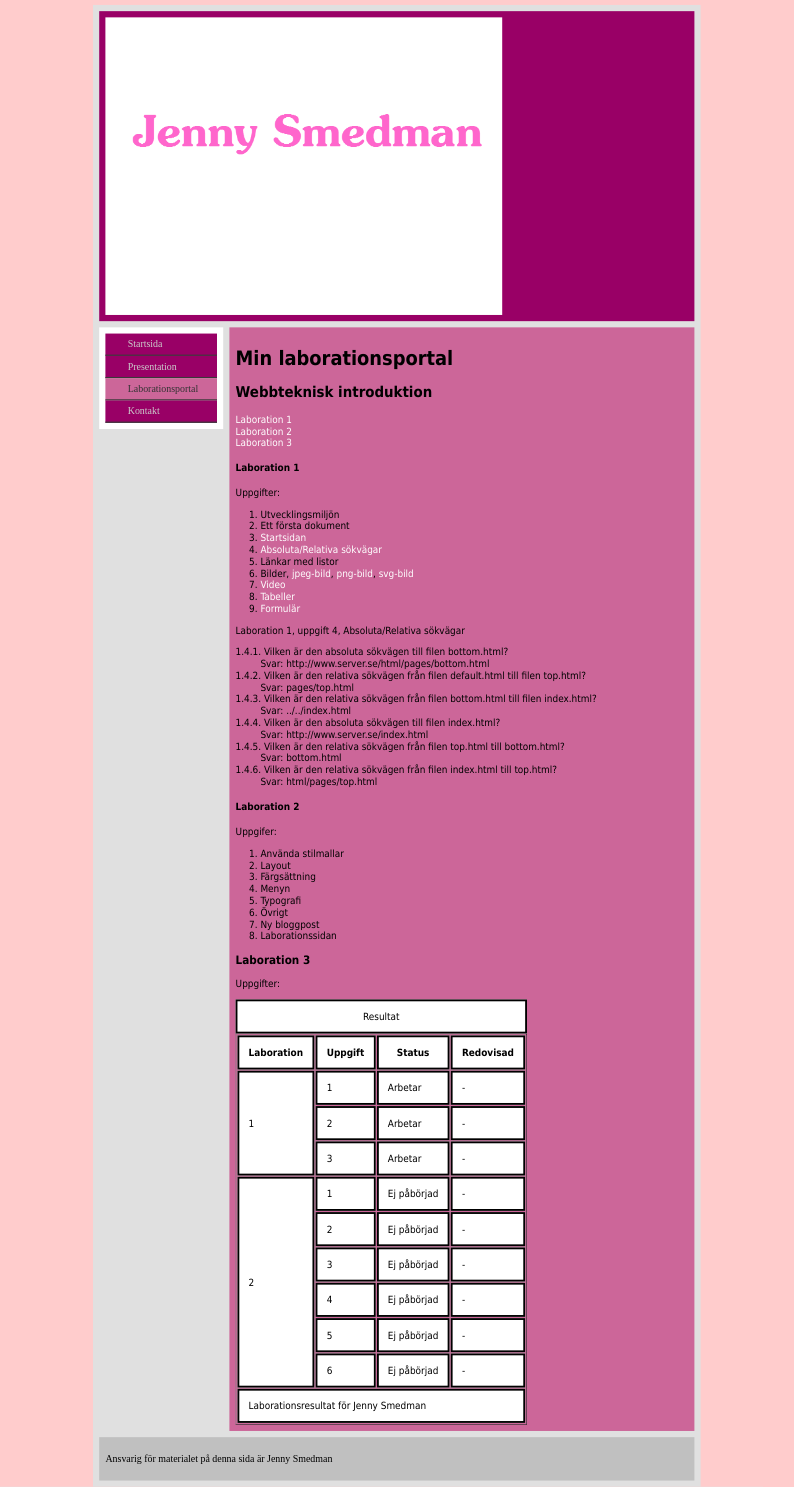
Repository: js223mx/1ik415-js223mx-laborationer
Page: pages/laborationer.html
The author's editor kept a record of every edit. The page is drawn from the files as they stood at one moment, then again after the next edit.
The browser window is 1280 px wide. The pictures show the whole page, at 62% of full size.

Above is the page before.

### pages/laborationer.html
<!doctype html>
<html lang ="sv">

    <head>

            <meta charset="utf-8" />
            <title>Min laborationsportal</title>
            <link rel="stylesheet" type="text/css" href="../css/style.css">
    </head>
    <body>
         <div id="container">
         <div id="header">
          <img id="logga" src="../pics/logga.png" alt="Min logga" />
         </div>





            <div id="navigation">
                <ul>
                <li><a href="../index.html">Startsida</a></li>
                <li><a href="presentation.html">Presentation</a></li>
                <li><a href="laborationer.html" class="active">Laborationsportal</a></li>
                <li><a href="kontakt.html">Kontakt</a></li>
            </ul>
            </div>

                <div id="content">
                 <h1>Min laborationsportal</h1>
                <h2>Webbteknisk introduktion</h2>

                    <ul>
                        <li><a href="#Laboration1">Laboration 1</a> </li>
                        <li><a href="#Laboration2">Laboration 2</a></li>
                        <li><a href="#Laboration3">Laboration 3</a></li>
                    </ul>

                <h4 id="Laboration1">Laboration 1</h4>

                    <p>Uppgifter:</p>
                        <ol>
                            <li>Utvecklingsmiljön</li>
                            <li>Ett första dokument</li>
                            <li><a href="../index.html#<p>Välkommen</p>">Startsidan</a> </li>
                            <li><a href="laborationer.html#Uppgift4">Absoluta/Relativa sökvägar</a> </li>
                            <li>Länkar med listor</li>
                            <li>Bilder, <a href="presentation.html#jag">jpeg-bild</a>, <a href="../index.html#logga">png-bild</a>, <a href="../index.html#svgbild">svg-bild</a></li>
                            <li><a href="../index.html#video">Video</a> </li>
                            <li><a href="laborationer.html#table">Tabeller</a> </li>
                            <li><a href="kontakt.html#contact-form">Formulär</a></li>
                        </ol>

                        <p id="Uppgift4">Laboration 1, uppgift 4, Absoluta/Relativa sökvägar</p>
                        <dl>
                            <dt>1.4.1. Vilken är den absoluta sökvägen till filen bottom.html?</dt>
                            <dd>Svar: http://www.server.se/html/pages/bottom.html</dd>
                            <dt>1.4.2. Vilken är den relativa sökvägen från filen default.html till filen top.html?</dt>
                            <dd>Svar: pages/top.html</dd>
                            <dt>1.4.3. Vilken är den relativa sökvägen från filen bottom.html till filen index.html?</dt>
                            <dd>Svar: ../../index.html</dd>
                            <dt>1.4.4. Vilken är den absoluta sökvägen till filen index.html?</dt>
                            <dd>Svar: http://www.server.se/index.html</dd>
                            <dt>1.4.5. Vilken är den relativa sökvägen från filen top.html till bottom.html?</dt>
                            <dd>Svar: bottom.html</dd>
                            <dt>1.4.6. Vilken är den relativa sökvägen från filen index.html till top.html?</dt>
                            <dd>Svar: html/pages/top.html</dd>
                        </dl>

                <h4 id="Laboration2">Laboration 2</h4>

                    <p>Uppgifer:</p>
                        <ol>
                            <li>Använda stilmallar</li>
                            <li>Layout</li>
                            <li>Färgsättning</li>
                            <li>Menyn</li>
                            <li>Typografi</li>
                            <li>Övrigt</li>
                            <li>Ny bloggpost</li>
                            <li>Laborationssidan</li>
                        </ol>

                <h3 id="Laboration3">Laboration 3</h3>

                    <p>Uppgifter:</p>


                        <table border="1">
                            <caption id="table">Resultat</caption>
                            <tr>
                                <th>Laboration</th>
                                <th>Uppgift</th>
                                <th>Status</th>
                                <th>Redovisad</th>
                            </tr>
                            <tr>
                                <td rowspan="3">1</td>
                                <td>1</td>
                                <td>Arbetar</td>
                                <td>-</td>
                            </tr>
                            <tr>

                                <td>2</td>
                                <td>Arbetar</td>
                                <td>-</td>
                            </tr>
                            <tr>

                                <td>3</td>
                                <td>Arbetar</td>
                                <td>-</td>
                            </tr>
                            <tr>
                                <td rowspan="6">2</td>
                                <td>1</td>
                                <td>Ej påbörjad</td>
                                <td>-</td>
                            </tr>
                            <tr>
                                <td>2</td>
                                <td>Ej påbörjad</td>
                                <td>-</td>
                            </tr>
                            <tr>
                                <td>3</td>
                                <td>Ej påbörjad</td>
                                <td>-</td>
                            </tr>
                            <tr>
                                <td>4</td>
                                <td>Ej påbörjad</td>
                                <td>-</td>
                            </tr>
                            <tr>
                                <td>5</td>
                                <td>Ej påbörjad</td>
                                <td>-</td>
                            </tr>
                            <tr>
                                <td>6</td>
                                <td>Ej påbörjad</td>
                                <td>-</td>
                            </tr>
                            <tr>
                                <td colspan="4">Laborationsresultat för Jenny Smedman</td>
                            </tr>
                        </table>
                        </div>

             <div id="footer">
             <p>Ansvarig för materialet på denna sida är Jenny Smedman</p>
             </div>


          </div>
    </body>




</html>

### css/style.css
html {
    height: 100%;
}
body {
    background-color: #FFCCCC;
    min-height: 100% !important;
    height: 100;
}
#container {
    width: 960px;
    margin-left: auto;
    margin-right: auto;
}
#navigation {
    width: 180px;
    float: left;
    background-color: #FFFFFF;
    height: 100%;
    margin-right: 10px;
}
#content {
    overflow: scroll;
    background-color: #CC6699;
    height: 100%;
    font-family: "Tahoma", Geneva, sans-serif;
}
#header {
    background-color: #990066;
    width: 940px;
    height: 480px;
    margin-bottom: 10px;
}
#footer {
    background-color: #C0C0C0;
    margin-top: 10px;
}
/* body backgroundcolor: #FFCCCC
    navigation backgroundcolor: #FFFFFF
    content backgroundcolor: #CC6699
    header backgroundcolor: #990066
    footer backgroundcolor: #C0C0C0 */

div {
    padding: 10px;
    background-color: #E0E0E0;
}
ul {
    list-style-type:none;
    padding-left: 0;
    margin: 0;
}

h1 {
    font-size: 200%;
}
h2 {
    font-size: 150%;

}
h3:before {
    font-size: 125%;
}
p {
    font-size: 100%;

}
.h3{
    border-bottom: 2px solid #000000;
    background-color:transparent;
}
.h3:before{
    background: url("text.png") no-repeat;
    width: 46px;
    height: 44px;
    content:"";
    float: left;
    display: block;
    margin: 5px 5px 5px 0;
}
.welcome {
    font-size: 250%;
    font-family: "Tahoma", Geneva, sans-serif;
    font-weight: bold;
}
#signed {
    font-style: oblique;
    font-weight: bold;
    font-size: 80%;
}
#video
{
    margin-bottom:0px;
}
#blogg {
    margin-bottom:0px;
}
#content a {
    text-decoration: none;
    color: #FFFFFF;
}
#content a:hover {
    text-decoration: underline;
}
/*navigation---------------------------------------------------------*/

#navigation a:hover
{
    background: #CC6699;
	color: #fff;
}
#navigation a {
    background: #990066;
	border-bottom: 2px solid #393939;
	color: #ccc;
	display: block;
	margin: 0px;
	padding: 8px 12px;
	text-decoration: none;
	text-indent: 24px;
}
#navigation .active {
    background-color: #CC6699;
	color: #333;
}
/*table---------------------------------------------------------*/
#table, td, th{
    border:3px solid black;
    background-color:white;
    padding: 15px;
}
.list-title
{
    font-weight:bold;
}
/*images---------------------------------------------------------*/
#daisy {
    float: right;
    padding:1px;
    border:3px solid #990066;
    background-color:#990066;
}
.loggodiv {
    background: url("min-logga.png") no-repeat;
    height: 120px;
}

After the next edit:
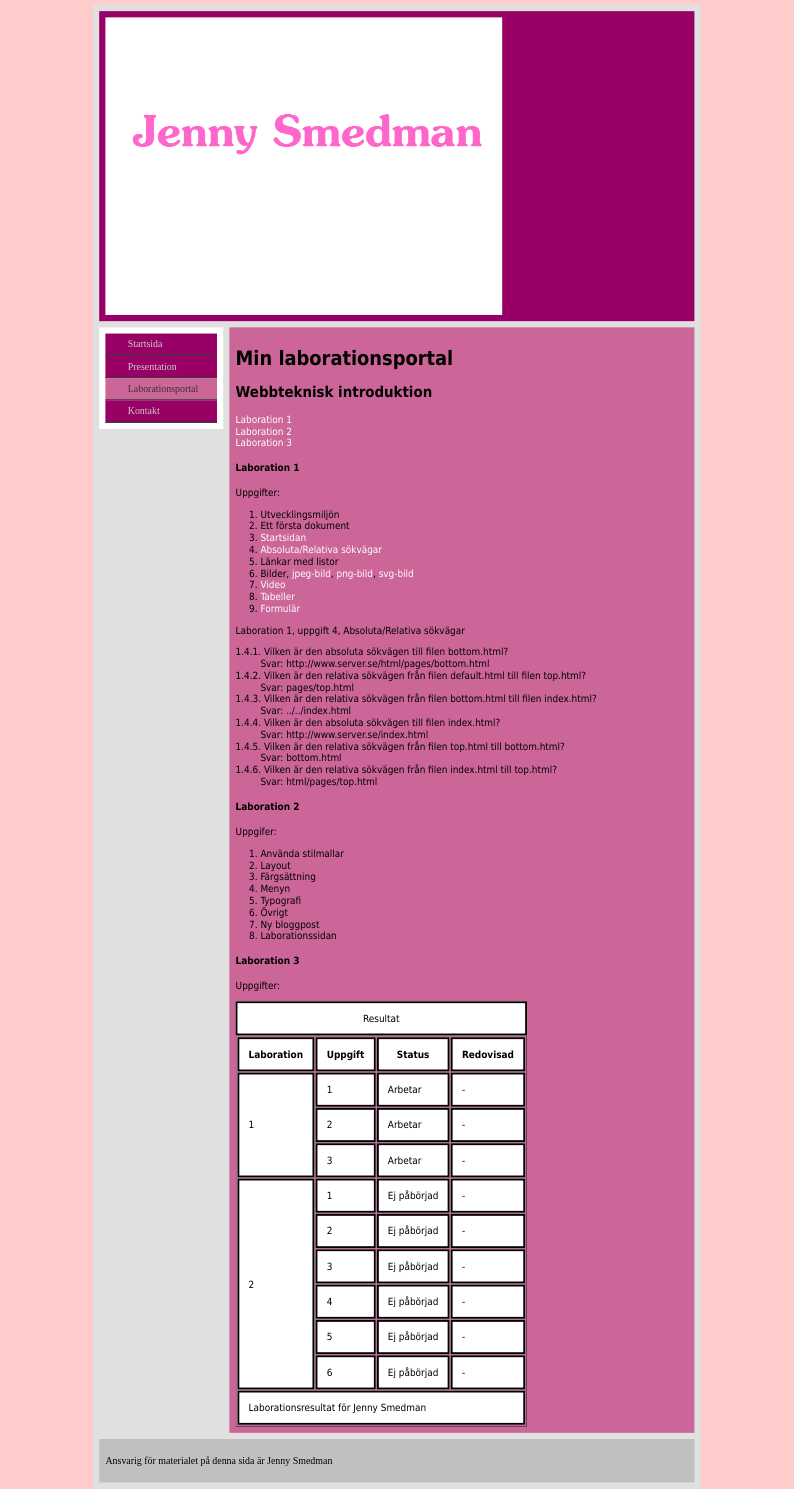
The edit:
--- a/pages/laborationer.html
+++ b/pages/laborationer.html
@@ -81,7 +81,7 @@
                             <li>Laborationssidan</li>
                         </ol>
 
-                <h3 id="Laboration3">Laboration 3</h3>
+                <h4 id="Laboration3">Laboration 3</h4>
 
                     <p>Uppgifter:</p>
 
